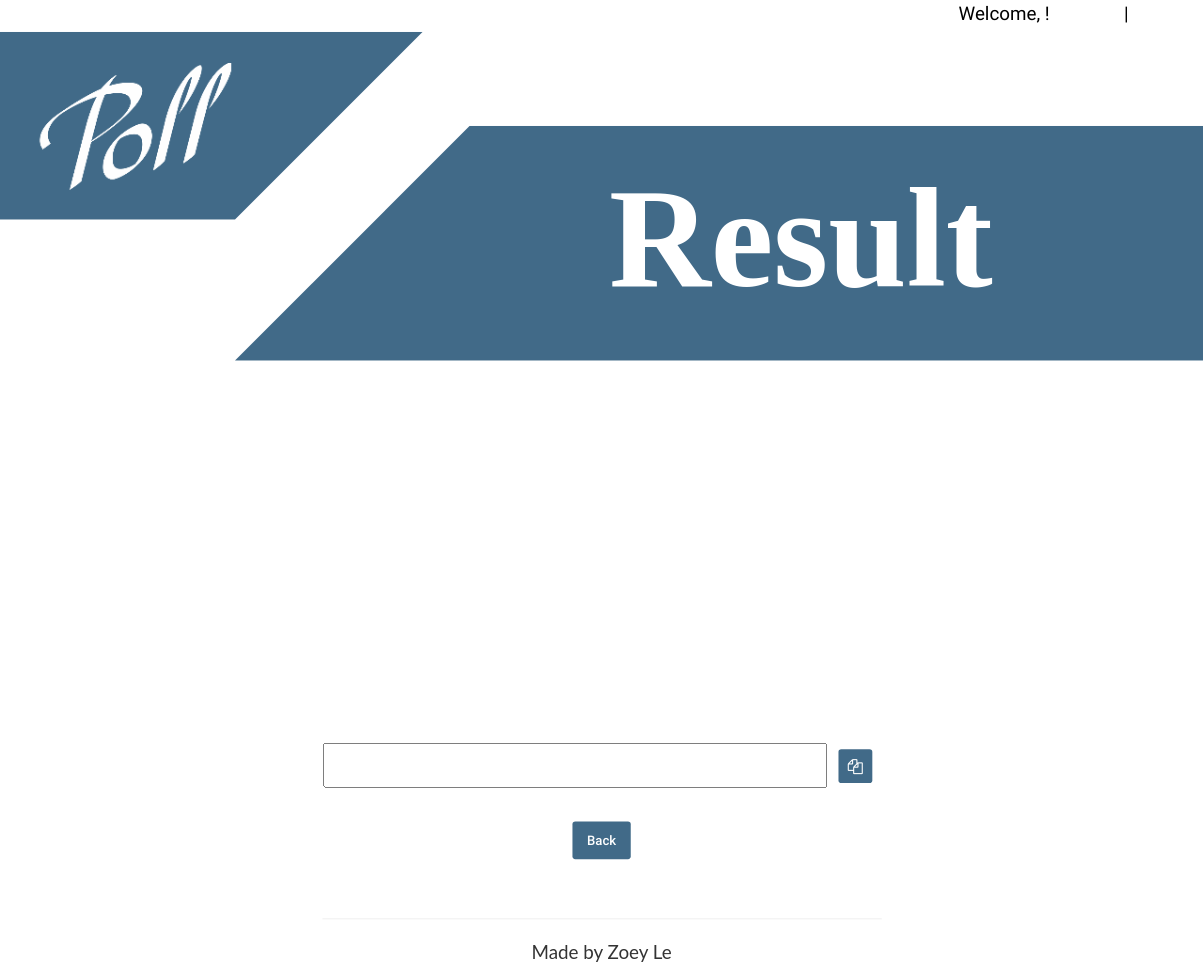
Repository: zoeyleqa/voting-app-fcc
Page: public/result.html
The author's editor kept a record of every edit. The page is drawn from the files as they stood at one moment, then again after the next edit.
The browser window is 1280 px wide. The pictures show the whole page, at 94% of full size.
Some web libraries are served in a nearby version.

Above is the page before.

### public/result.html
<!DOCTYPE html>

<html>

<head>
	<title>Voting Result</title>
	<script src="https://cdnjs.cloudflare.com/ajax/libs/Chart.js/2.4.0/Chart.min.js"></script>
	<link rel="stylesheet" href="https://maxcdn.bootstrapcdn.com/bootstrap/3.3.7/css/bootstrap.min.css" integrity="sha384-BVYiiSIFeK1dGmJRAkycuHAHRg32OmUcww7on3RYdg4Va+PmSTsz/K68vbdEjh4u" crossorigin="anonymous">
	<link href="/public/css/main.css" rel="stylesheet" type="text/css">
	<link rel="stylesheet" href="https://cdnjs.cloudflare.com/ajax/libs/font-awesome/4.7.0/css/font-awesome.min.css">
</head>

<header>
		<div>
			<p align="right">Welcome, <span id="display-name"></span>!
			<a class="menu" href="/profile">Profile</a>
			|
			<a class="menu" href="/logout">Logout</a>
			</p>
		</div>

		<div>
				<div class="logo-box">
					<a href="/"><img src="/public/img/poll.png" class="logo-left"/></a>
				</div>
				<div class="title-box">
  					<h1 class="title">Result</h1>
				</div>
		</div>
	</header>

	<body>
		<br><br>
		<div class="container-fluid">
			<div class="col-md-6 col-md-offset-3" >
				<div class="questionText">
					<span class="question"></span>
				</div>
				<br />
				<div class="canvasContainer">
				 	<canvas id="myChart"></canvas>
				</div>

				<p style="text-align: center;">
					<input type="text" id="link" style="width: 90%"/>
					<i class="fa fa-copy btn-copy btn-default" onclick="copyLink()"></i>
				</p>

				<br/><br/>
				<div class="btn-container">
					<a id="backpage" href="javascript:history.back()" class="btn btn-default">Back</a>
				</div>
				<br/>
			<footer>
			<hr>
			Made by Zoey Le
			</footer>
			</div>
		</div>
	<script>
		function copyLink() {
    	var text = document.querySelector('#link');
    	// console.log(text);
    	text.select();
    	document.execCommand('Copy');
	  };
	</script>
	<!--<script type="text/javascript" src="common/ajax-functions.js"></script>-->
	<!--<script src="dist/clipboard.min.js"></script>-->
	<script src="https://ajax.googleapis.com/ajax/libs/jquery/3.1.0/jquery.min.js"></script>
	<script type="text/javascript" src="https://webapp-zoeyleqa.c9users.io/common/ajax-functions.js"></script>
	<script type="text/javascript" src="https://webapp-zoeyleqa.c9users.io/controllers/resultCtrl.client.js"></script>
</body>

</html>

### public/css/main.css
/********* Fonts **********/

@font-face {
	font-family: "Roboto";
	font-style: normal;
	font-weight: 400;
	src: local("Roboto"), local("Roboto-Regular"),
		url("../fonts/Roboto-Regular.ttf") format("truetype");
}

@font-face {
	font-family: "Roboto";
	font-style: normal;
	font-weight: 500;
	src: local("Roboto Medium"), local("Roboto-Medium"),
		url("../fonts/Roboto-Medium.ttf") format("truetype");
}

@font-face {
	font-family: "Typo3";
	font-style: normal;
	font-weight: 400;
	src: local("Typo3"), local("Typo3-Regular"),
		url("../fonts/Typo3-Regular.ttf") format("truetype");
}

@font-face {
	font-family: "Typo3";
	font-style: normal;
	font-weight: 400;
	src: local("Typo3 Medium"), local("Typo3-Medium"),
		url("../fonts/Typo3-Medium.ttf") format("truetype");
}
/****** Main Styling ******/
:root {
  	--main-bg-color: #416A88; /*3E447B;*/
}

.main-header {
	background-color: var(--main-bg-color); /*#7083c2;*/
}
.temp {
	background-color: #b35d5c;
}

body {
	font-family: "Roboto", sans-serif;
	font-size: 16px;
	margin: 0;
	padding: 0;
}

header {
	margin-top: -16px;
}

.header-right {
	/*height: 56px;*/
	margin: 0 0 14px 0;
	text-align: right;
	/*float: right;*/
}

.logo {
	float: center;
	text-align: center;
	display: block;
	margin-left: auto;
	margin-right: auto;
}

.logo-box {
	background: var(--main-bg-color);
	/*-webkit-clip-path: polygon(0 0, 20% 0, 10% 100%, 0% 100%);*/
	-webkit-clip-path: polygon(0 0, 450px 0, 250px 100%, 0% 100%);
}

.logo-left{
	margin-left: 20px;
}

.title-box {
	position: relative;
	background: var(--main-bg-color);
	margin-top: -100px;
	height: 250px;
	text-align: center;
	color: white;
  	-webkit-clip-path: polygon(500px 0, 100% 0%, 100% 100%, 250px 100%);
}

.title {
    position: absolute;
    /*float: right;*/
    top: 0;
    bottom: 0;
    left: 0;
    right: 0;
    width: 55%;
    height: 70%;
    margin: auto;
    margin-left: 500px;
    font-size: 150px;
    font-weight: 600;
    font-family:  'Typo3-Medium';
}

.opt-sect p {
	font-size: 30px;
	font-weight: 80px;
}

.optsect {
	text-align: center;
}

.center {
  margin: auto;
  width: 50%;
  padding: 10px;
}

p {
	margin: 8px 0 0 0;
}

.container p {
	text-align: center;
	padding: 0;
}

/****** Header Styling ******/

header p {
	margin: 16px 0 5px 0;
	font-weight: 50px;
	font-size: 20px;
	color: black;
}

.menu {
	text-decoration: none;
	padding: 6px;
	margin: 0;
	color: white;
}

.menu:visited {
	color: grey;
}

.menu:hover {
	color: grey;
}

.menu:active {
	color: white;
}

header a ~ p {
	margin: 0;
	padding: 0;
	display: inline;
	color: #eceff1;
}

#display-name {
	font-weight: 400;
}

/****** Login Styling ******/

.login {
	margin: 10px auto 0 auto;
	text-align: center;
}

#login-btn {
	width: 250px;
	padding: 7px 5px;
}

.btn p {
	margin: 8px 0 0 0;
	padding: 0;
}

.btn > img {
	float: leftbtn
	margin-left: 10px;
}

.btn-submit {
	float: right;
}

input[type="text"]{
	padding: 10px 10px;
	line-height: 10px;
	font-size: 20px;
	width:95%;
	/*display:block;*/
}

.btn-add {
	padding: 1px 1px 1px 1px ;
	line-height: 30px;
	display:block;
	font-size: 20px;

}
/****** Logo Div Styling ******/

img {
	margin: 0 auto;
	display: block;
}

.clementine-text {
	/* Styling for the Clementine.js text */
	padding: 0;
	margin: -25px 0 0 0;
	font-weight: 500;
	font-size: 60px;
	color: #ffa000;
}

/****** Click Styling ******/

.btn-container {
	/* Styling for the div that contains the buttons */
	margin: -10px auto 0 auto;
	text-align: center;
}

.btn-copy {
	margin: 0 8px;
	color: white;
	background-color: var(--main-bg-color);
	display: inline-block;
	border: 0;
	font-size: 15px;
	text-align: center;
	border-radius: 3px;
	padding: 10px;
}
.btn {
	/* Styling for buttons */
	margin: 0 8px;
	color: white;
	background-color: var(--main-bg-color);
	display: inline-block;
	border: 0;
	font-size: 14px;
	border-radius: 3px;
	padding: 10px 15px;
	/*width: 100px;*/
	font-weight: 500;
}

.btn:focus {
	/* Remove outline when hovering over button */
	outline: none;
}

.btn:active {
	/* Scale the button down by 10% when clicking on button */
	transform: scale(0.9, 0.9);
	-webkit-transform: scale(0.9, 0.9);
	-moz-transform: scale(0.9, 0.9);
}

.btn-delete {
	/* Styling for delete button */
	background-color: #eceff1;
	color: #212121;
}

.canvasContainer {
	height: 330px;
	width: 300px;
	position: relative;
	margin: auto;
}

/*.question {*/
/*	display: inline-block;*/
/*    margin: 10px 10px 0 0;*/
/*    padding: 20px 10px;*/
/*	font-size: xx-large;*/
/*	font-weight: bolder;*/
/*}*/

.questionText{
	overflow: hidden;
    text-align: center;
    font-size: xx-large

	/*padding: 20px 0 20px 0;*/
}

/*#myChart {*/
/*	height: 150px;*/
/*	width: 300px;*/
/*	position: relative;*/
/*	left: 65%;*/
/*	top: 25%;*/
/* }*/
/****** Profile Styling ******/

.github-profile {
	width: 350px;
	height: 200px;
	border-radius: 3px;
	margin: 86px auto 0 auto;
	background-color: #eee;
	text-align: center;
	color: #000;
}

.github-profile p:first-child {
	padding-top: 16px;
}

.github-profile p:nth-child(5) {
	margin-bottom: 16px;
}

.github-profile p {
	margin: 0 0 0 16px;
	text-align: left;
}

.profile-value {
	font-weight: 400;
}

span {
	font-weight: 500;
}

.github-profile > img {
	padding-top: 16px;
	margin-bottom: 16px;
}

.github-profile .menu:hover {
	color: #ffa000;
}

.github-profile .menu:active {
	color: #ff630d;
}

#menu-divide {
	color: #ffffff;
	display: inline;
	margin: 0;
}

footer {
	bottom: 0;
	height: 60px;
	margin-top: 40px;
	text-align: center;
	font-size: 20px;
	font-family: "Lato";
}

.body-shade {
	box-shadow: 12px -12px 10px -4px lightgrey, -12px 10px 10px -4px lightgrey,
		12px 0 15px -4px lightgrey, -12px 0 15px -4px lightgrey;
	background: white;

}

After the next edit:
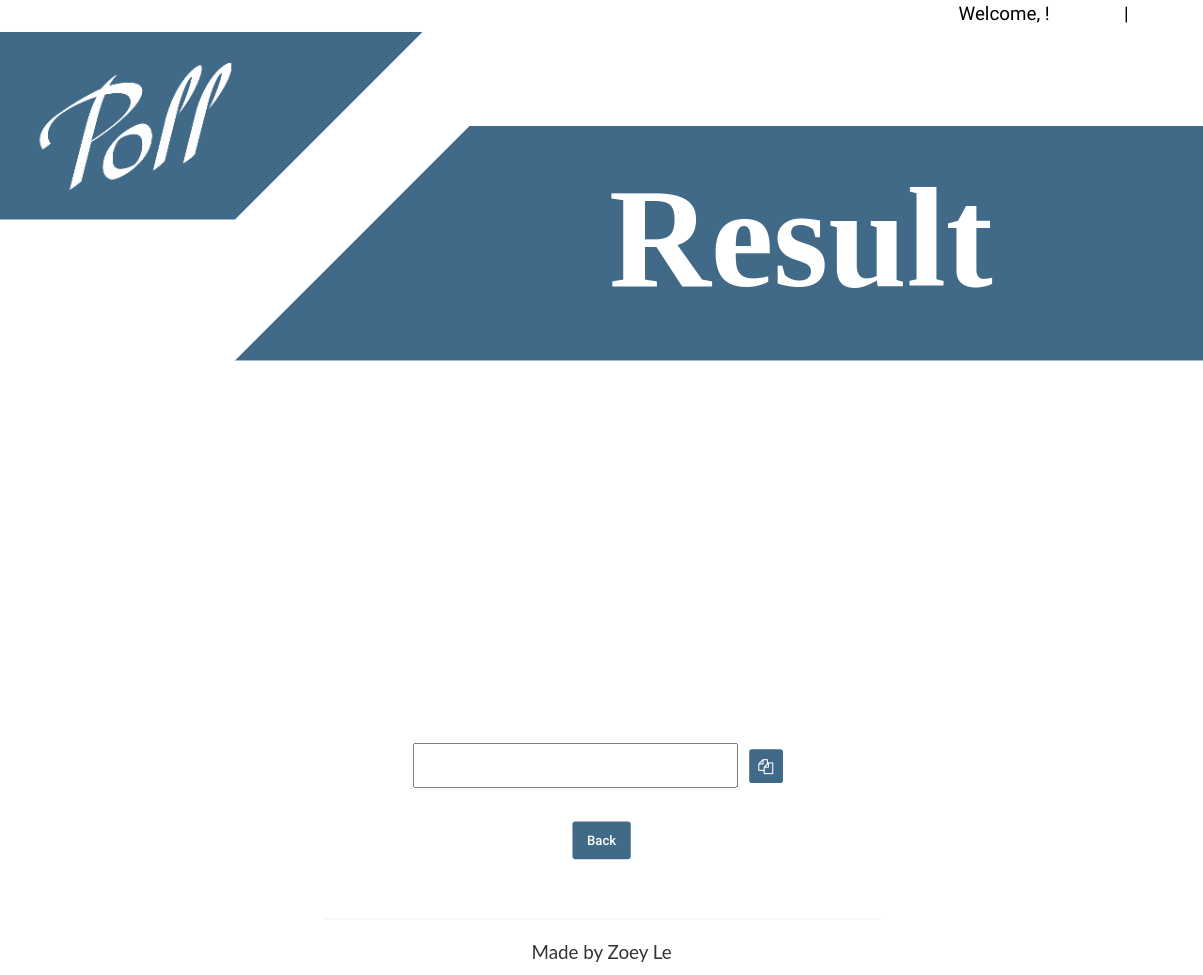
The edit:
--- a/public/result.html
+++ b/public/result.html
@@ -42,7 +42,7 @@
 				</div>
 
 				<p style="text-align: center;">
-					<input type="text" id="link" style="width: 90%"/>
+					<input type="text" id="link" style="width: 58%"/>
 					<i class="fa fa-copy btn-copy btn-default" onclick="copyLink()"></i>
 				</p>
 
